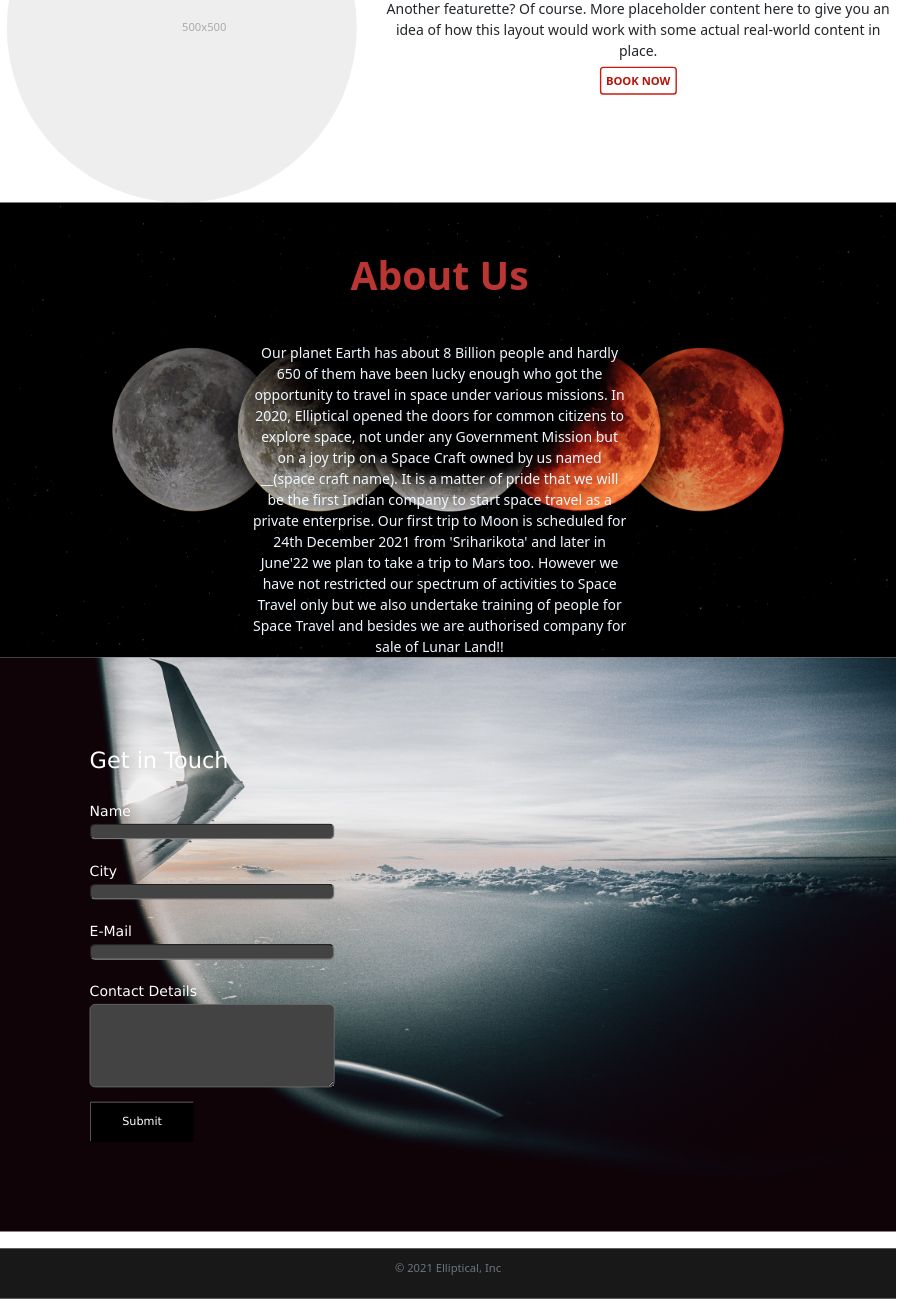
Repository: sarthakkathpalia/elliptical
Page: html/home.html
An editor plug-in stored every save of this project. The page is shown before and after the next save, followed by the edit.
The browser window is 1280 px wide. The page is 1292 px wide, so the pictures cover 1292 px, including what lies to the right of the window. The pictures show the part of the page from y = 2455 to 4335 px (the page is 4335 px tall), at 70% of full size.
Some web libraries are served in a nearby version.

Above is the page before, as saved 2021-10-30 20:47:51.
Console error: ReferenceError: emailjs is not defined

After the next save:
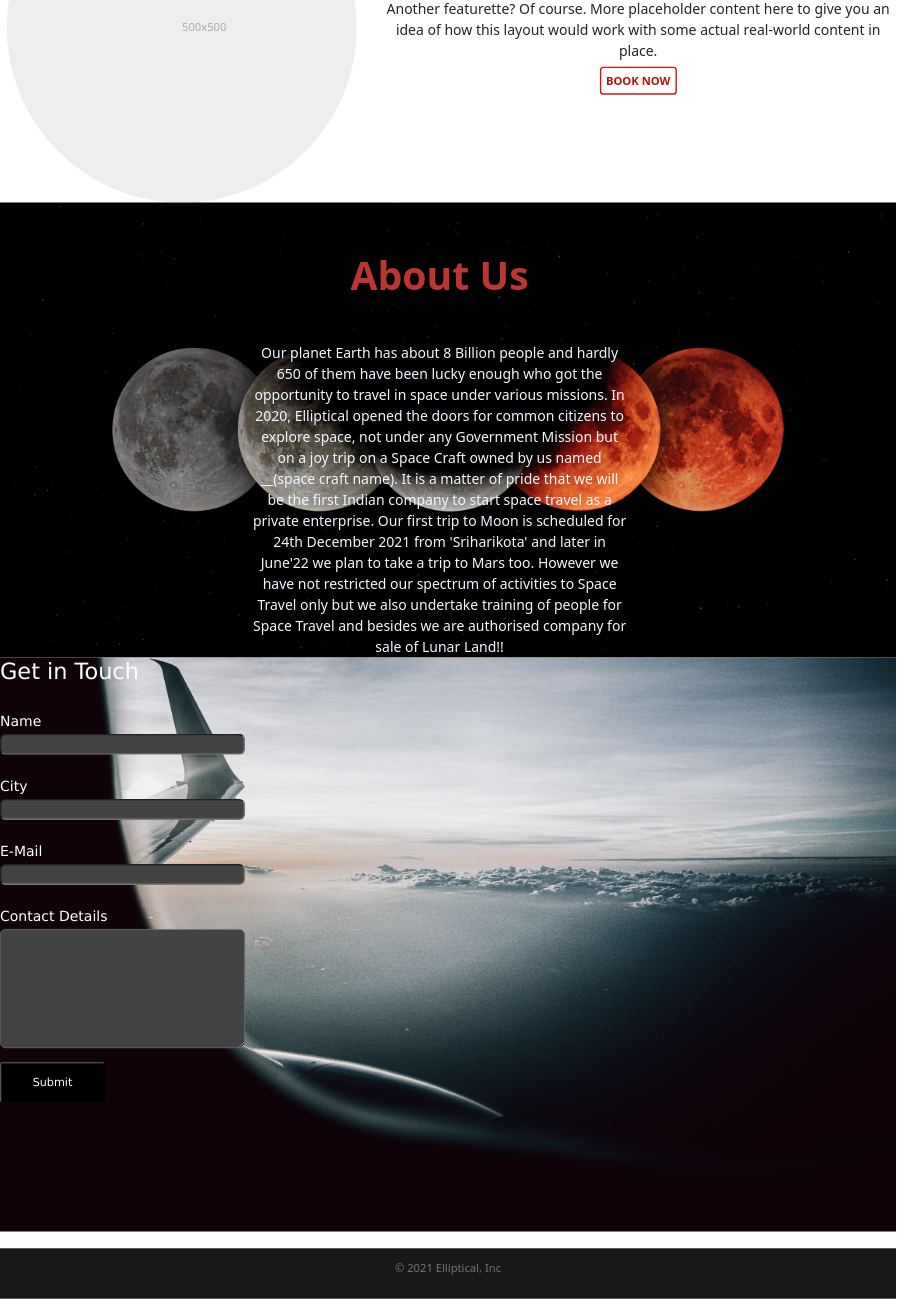
Saved 17 s later.
--- a/Css/home.css
+++ b/Css/home.css
@@ -170,7 +170,6 @@ section {
 
         height: 820px;
         font-family:'Lucida Sans', 'Lucida Sans Regular', 'Lucida Grande', 'Lucida Sans Unicode', Geneva, Verdana, sans-serif;
-        padding: 10%;
         /* background: url('215c7fdca6033092baa04b35c17466bd.gif') no-repeat ;
         background-size: cover; */
         background-image:url("/Images/contact.jpg");
